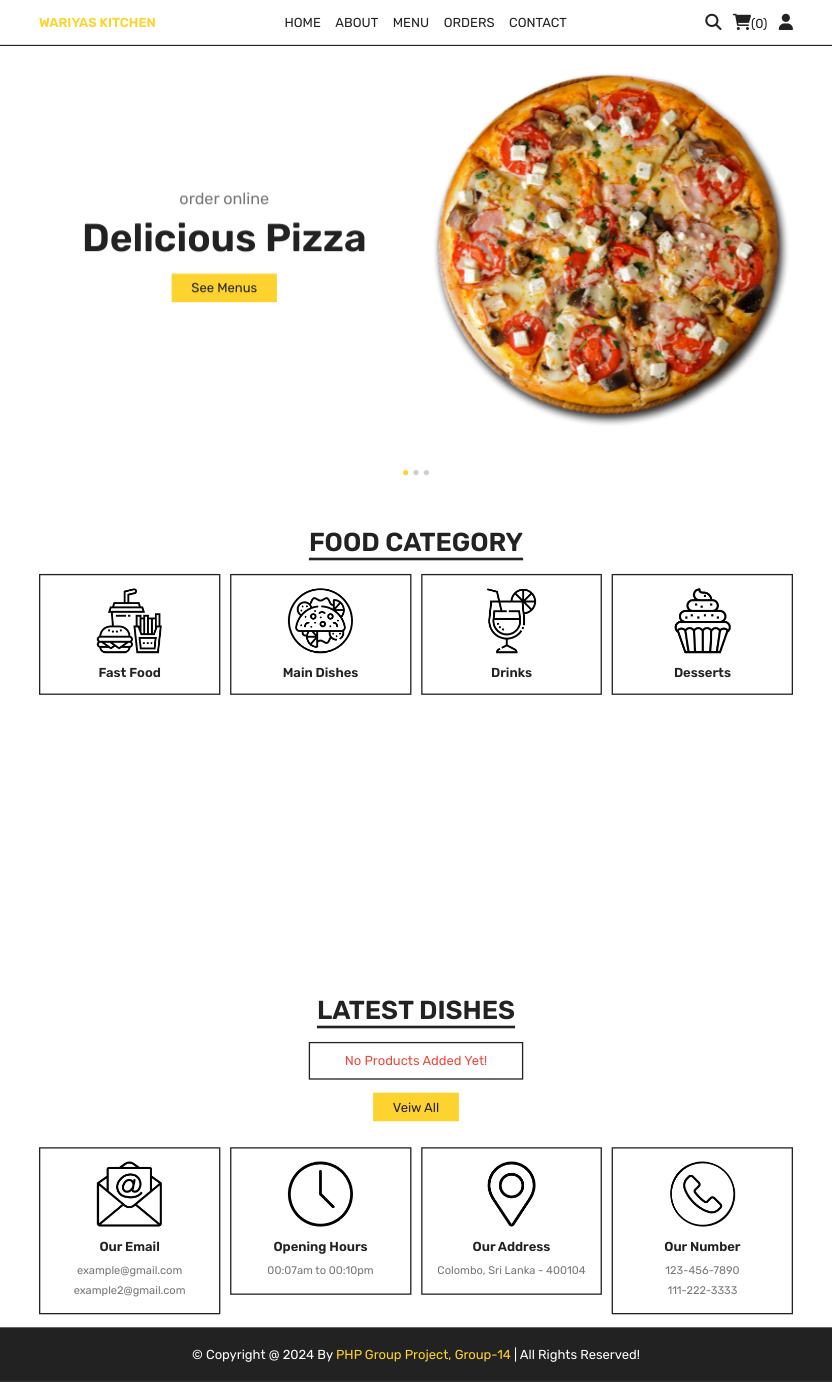
Repository: navodniwarshana/food_order_site
Page: http://localhost/home.php
The author's editor kept a copy of each file at every save. The page is drawn from the files as they stood at one save, then again after the next save.
The browser window is 1280 px wide. The pictures show the whole page, at 65% of full size.
Some web libraries are served in a nearby version. The page is run by PHP 8.4 with error messages shown; the project is at /var/www/html/. Queries for data that is not in the repository find no rows.

Above is the page before, as saved 2024-09-27 18:33:31.
Console error: TypeError: Cannot read properties of null (reading 'style')

### home.php
<?php

include 'components/connect.php';

session_start();

if(isset($_SESSION['user_id'])){
   $user_id = $_SESSION['user_id'];
}else{
   $user_id = '';
};

include 'components/add_cart.php';

?>

<!DOCTYPE html>
<html lang="en">
<head>
   <meta charset="UTF-8">
   <meta http-equiv="X-UA-Compatible" content="IE=edge">
   <meta name="viewport" content="width=device-width, initial-scale=1.0">
   <title>home</title>

   <link rel="stylesheet" href="https://unpkg.com/swiper@8/swiper-bundle.min.css" />

   <!-- font awesome cdn link  -->
   <link rel="stylesheet" href="https://cdnjs.cloudflare.com/ajax/libs/font-awesome/6.1.1/css/all.min.css">

   <!-- custom css file link  -->
   <link rel="stylesheet" href="css/style.css">

</head>
<body>

<?php include 'components/user_header.php'; ?>



<section class="hero" style="height: 100vh; ">

   <div class="swiper hero-slider">

      <div class="swiper-wrapper">

         <div class="swiper-slide slide">
            <div class="content">
               <span>order online</span>
               <h3>delicious pizza</h3>
               <a href="menu.php" class="btn">see menus</a>
            </div>
            <div class="image">
               <img src="images/home-img-1.png" alt="">
            </div>
         </div>

         <div class="swiper-slide slide">
            <div class="content">
               <span>order online</span>
               <h3>chezzy hamburger</h3>
               <a href="menu.php" class="btn">see menus</a>
            </div>
            <div class="image">
               <img src="images/home-img-2.png" alt="">
            </div>
         </div>

         <div class="swiper-slide slide">
            <div class="content">
               <span>order online</span>
               <h3>rosted chicken</h3>
               <a href="menu.php" class="btn">see menus</a>
            </div>
            <div class="image">
               <img src="images/home-img-3.png" alt="">
            </div>
         </div>

      </div>

      <div class="swiper-pagination"></div>

   </div>

</section>

<section class="category" style="height: 100vh;">

   <h1 class="title">food category</h1>

   <div class="box-container">

      <a href="category.php?category=fast food" class="box">
         <img src="images/cat-1.png" alt="">
         <h3>fast food</h3>
      </a>

      <a href="category.php?category=main dish" class="box">
         <img src="images/cat-2.png" alt="">
         <h3>main dishes</h3>
      </a>

      <a href="category.php?category=drinks" class="box">
         <img src="images/cat-3.png" alt="">
         <h3>drinks</h3>
      </a>

      <a href="category.php?category=desserts" class="box">
         <img src="images/cat-4.png" alt="">
         <h3>desserts</h3>
      </a>

   </div>

</section>




<section class="products" ">

   <h1 class="title">latest dishes</h1>

   <div class="box-container">

      <?php
         $select_products = $conn->prepare("SELECT * FROM `products` LIMIT 6");
         $select_products->execute();
         if($select_products->rowCount() > 0){
            while($fetch_products = $select_products->fetch(PDO::FETCH_ASSOC)){
      ?>
      <form action="" method="post" class="box">
         <input type="hidden" name="pid" value="<?= $fetch_products['id']; ?>">
         <input type="hidden" name="name" value="<?= $fetch_products['name']; ?>">
         <input type="hidden" name="price" value="<?= $fetch_products['price']; ?>">
         <input type="hidden" name="image" value="<?= $fetch_products['image']; ?>">
         <a href="quick_view.php?pid=<?= $fetch_products['id']; ?>" class="fas fa-eye"></a>
         <button type="submit" class="fas fa-shopping-cart" name="add_to_cart"></button>
         <img src="uploaded_img/<?= $fetch_products['image']; ?>" alt="">
         <a href="category.php?category=<?= $fetch_products['category']; ?>" class="cat"><?= $fetch_products['category']; ?></a>
         <div class="name"><?= $fetch_products['name']; ?></div>
         <div class="flex">
            <div class="price"><span>$</span><?= $fetch_products['price']; ?></div>
            <input type="number" name="qty" class="qty" min="1" max="99" value="1" maxlength="2">
         </div>
      </form>
      <?php
            }
         }else{
            echo '<p class="empty">no products added yet!</p>';
         }
      ?>

   </div>

   <div class="more-btn">
      <a href="menu.html" class="btn">veiw all</a>
   </div>

</section>


<?php include 'components/footer.php'; ?>


<script src="https://unpkg.com/swiper@8/swiper-bundle.min.js"></script>

<!-- custom js file link  -->
<script src="js/script.js"></script>

<script>

var swiper = new Swiper(".hero-slider", {
   loop:true,
   grabCursor: true,
   effect: "flip",
   pagination: {
      el: ".swiper-pagination",
      clickable:true,
   },
});

</script>

</body>
</html>

### components/add_cart.php
<?php

if(isset($_POST['add_to_cart'])){

   if($user_id == ''){
      header('location:login.php');
   }else{

      $pid = $_POST['pid'];
      $pid = filter_var($pid, FILTER_SANITIZE_STRING);
      $name = $_POST['name'];
      $name = filter_var($name, FILTER_SANITIZE_STRING);
      $price = $_POST['price'];
      $price = filter_var($price, FILTER_SANITIZE_STRING);
      $image = $_POST['image'];
      $image = filter_var($image, FILTER_SANITIZE_STRING);
      $qty = $_POST['qty'];
      $qty = filter_var($qty, FILTER_SANITIZE_STRING);

      $check_cart_numbers = $conn->prepare("SELECT * FROM `cart` WHERE name = ? AND user_id = ?");
      $check_cart_numbers->execute([$name, $user_id]);

      if($check_cart_numbers->rowCount() > 0){
         $message[] = 'already added to cart!';
      }else{
         $insert_cart = $conn->prepare("INSERT INTO `cart`(user_id, pid, name, price, quantity, image) VALUES(?,?,?,?,?,?)");
         $insert_cart->execute([$user_id, $pid, $name, $price, $qty, $image]);
         $message[] = 'added to cart!';

      }

   }

}

?>

### components/user_header.php
<?php
if(isset($message)){
   foreach($message as $message){
      echo '
      <div class="message">
         <span>'.$message.'</span>
         <i class="fas fa-times" onclick="this.parentElement.remove();"></i>
      </div>
      ';
   }
}
?>

<header class="header">

   <section class="flex">

      <a href="home.php" style="font-size: 2rem; font-weight: bold; color: #fed330; text-decoration: none;">WARIYAS KITCHEN</a>

      <nav class="navbar">
         <a href="home.php" style="text-transform: uppercase;">HOME</a>
         <a href="about.php" style="text-transform: uppercase;">ABOUT</a>
         <a href="menu.php" style="text-transform: uppercase;">MENU</a>
         <a href="orders.php" style="text-transform: uppercase;">ORDERS</a>
         <a href="contact.php" style="text-transform: uppercase;">CONTACT</a>
      </nav>

      <div class="icons">
         <?php
            $count_cart_items = $conn->prepare("SELECT * FROM `cart` WHERE user_id = ?");
            $count_cart_items->execute([$user_id]);
            $total_cart_items = $count_cart_items->rowCount();
         ?>
         <a href="search.php"><i class="fas fa-search"></i></a>
         <a href="cart.php"><i class="fas fa-shopping-cart"></i><span>(<?= $total_cart_items; ?>)</span></a>
         <div id="user-btn" class="fas fa-user"></div>
         <div id="menu-btn" class="fas fa-bars"></div>
      </div>

      <div class="profile">
         <?php
            $select_profile = $conn->prepare("SELECT * FROM `users` WHERE id = ?");
            $select_profile->execute([$user_id]);
            if($select_profile->rowCount() > 0){
               $fetch_profile = $select_profile->fetch(PDO::FETCH_ASSOC);
         ?>
         <p class="name"><?= $fetch_profile['name']; ?></p>
         <div class="flex">
            <a href="profile.php" class="btn">profile</a>
            <a href="components/user_logout.php" onclick="return confirm('logout from this website?');" class="delete-btn">logout</a>
         </div>
         <p class="account">
            <a href="login.php">login</a> or
            <a href="register.php">register</a>
         </p>
         <?php
            }else{
         ?>
            <p class="name">please login first!</p>
            <a href="login.php" class="btn">login</a>
         <?php
          }
         ?>
      </div>

   </section>

</header>

### components/footer.php
<footer class="footer">

   <section class="grid">

      <div class="box">
         <img src="images/email-icon.png" alt="">
         <h3>our email</h3>
         <a href="mailto:example@gmail.com">example@gmail.com</a>
         <a href="mailto:example2@gmail.com">example2@gmail.com</a>
      </div>

      <div class="box">
         <img src="images/clock-icon.png" alt="">
         <h3>opening hours</h3>
         <p>00:07am to 00:10pm</p>
      </div>

      <div class="box">
         <img src="images/map-icon.png" alt="">
         <h3>our address</h3>
         <a href="#">Colombo, Sri Lanka - 400104</a>
      </div>

      <div class="box">
         <img src="images/phone-icon.png" alt="">
         <h3>our number</h3>
         <a href="tel:1234567890">123-456-7890</a>
         <a href="tel:1112223333">111-222-3333</a>
      </div>

   </section>

   <div class="credit">&copy; copyright @ <?= date('Y'); ?> by <span>PHP Group Project, Group-14</span> | all rights reserved!</div>

</footer>

<!-- <div class="loader">
   <img src="images/loader.gif" alt="">
</div> -->

Loaded but not shown: components/connect.php (common file); js/script.js (34 lines, source omitted); css/style.css (1075 lines, source omitted)

After the next save:
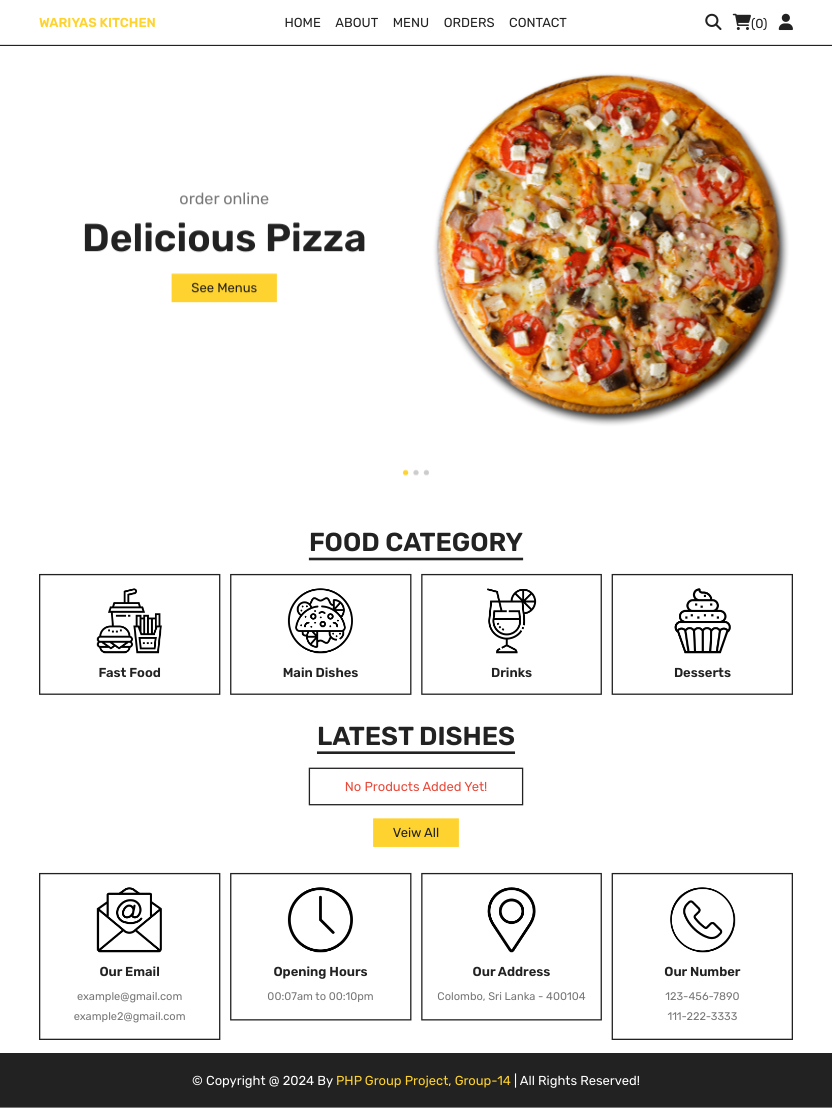
Saved 42 s later.
--- a/home.php
+++ b/home.php
@@ -84,7 +84,7 @@ include 'components/add_cart.php';
 
 </section>
 
-<section class="category" style="height: 100vh;">
+<section class="category" ">
 
    <h1 class="title">food category</h1>
 
